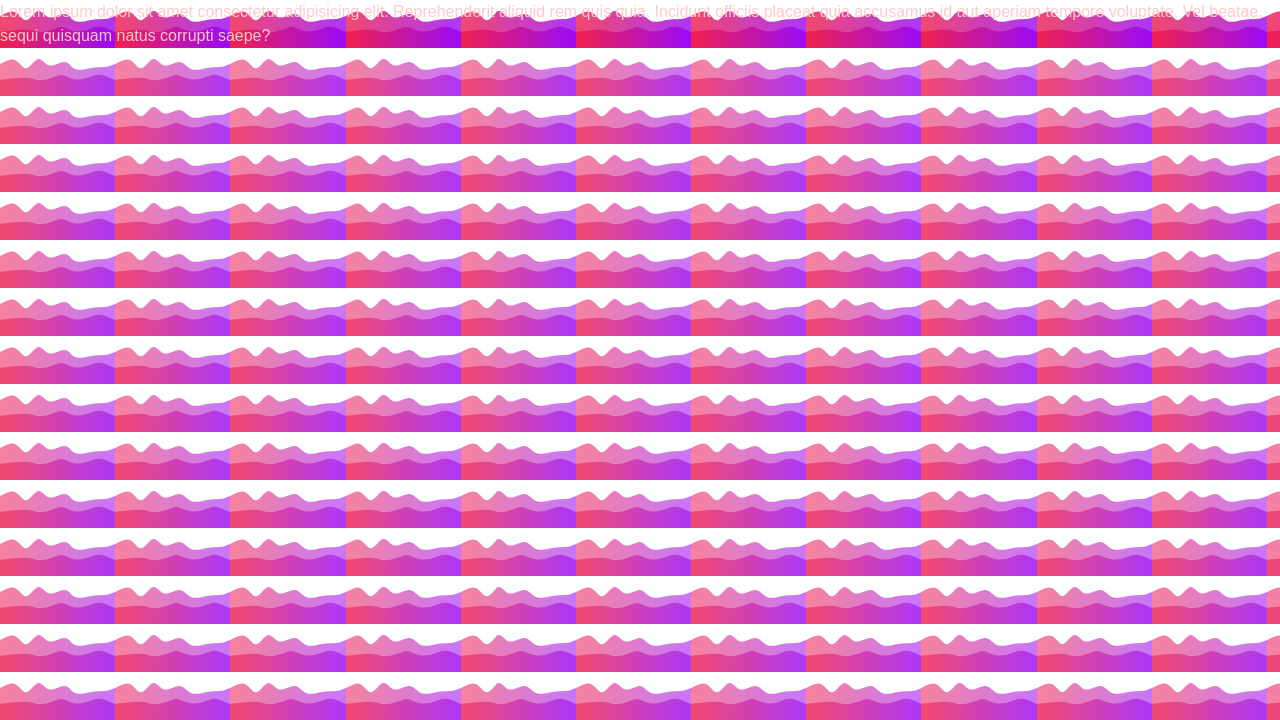
Repository: evergreenx/dictionary-octo
Page: /
The author's editor kept a copy of each file at every save. The page is drawn from the files as they stood at one save, then again after a run of saves.
The browser window is 1280 px wide. The pictures show the whole page.
The project was rebuilt for these pictures with package versions that can differ from the ones it lists, and the page was loaded fresh each time. The framework's server and built-in components were replaced by stand-ins that run in the browser. Also part of the build but not shown: next.config.js.

Above is the page before, as saved 2022-04-30 14:40:38.

### pages/index.js
import Head from "next/head";
import Image from "next/image";
import bgimage from "../public/bg.svg";

export default function Home() {
  return (
    <div >
      <Head>
        <title>Create Next App</title>
        <meta name="description" content="Generated by create next app" />
        <link rel="icon" href="/favicon.ico" />
      </Head>

      <main className="text-red-200">

        Lorem ipsum dolor sit amet consectetur adipisicing elit. Reprehenderit aliquid rem quis quia. Incidunt officiis placeat quia accusamus id aut aperiam tempore voluptate. Vel beatae, sequi quisquam natus corrupti saepe?
      </main>
    </div>
  );
}

### styles/globals.css
@tailwind base;
@tailwind components;
@tailwind utilities;

@import url("https://fonts.googleapis.com/css2?family=Quicksand&display=swap");

html,
body {
  padding: 0;
  margin: 0;
  font-family: "Quicksand", sans-serif;
  background-image: url("../public/bg.svg");
}

a {
  color: inherit;
  text-decoration: none;
}

* {
  box-sizing: border-box;
}

Loaded but not shown: pages/_app.js (common file); tailwind.config.js (common file)

After the next 5 saves:
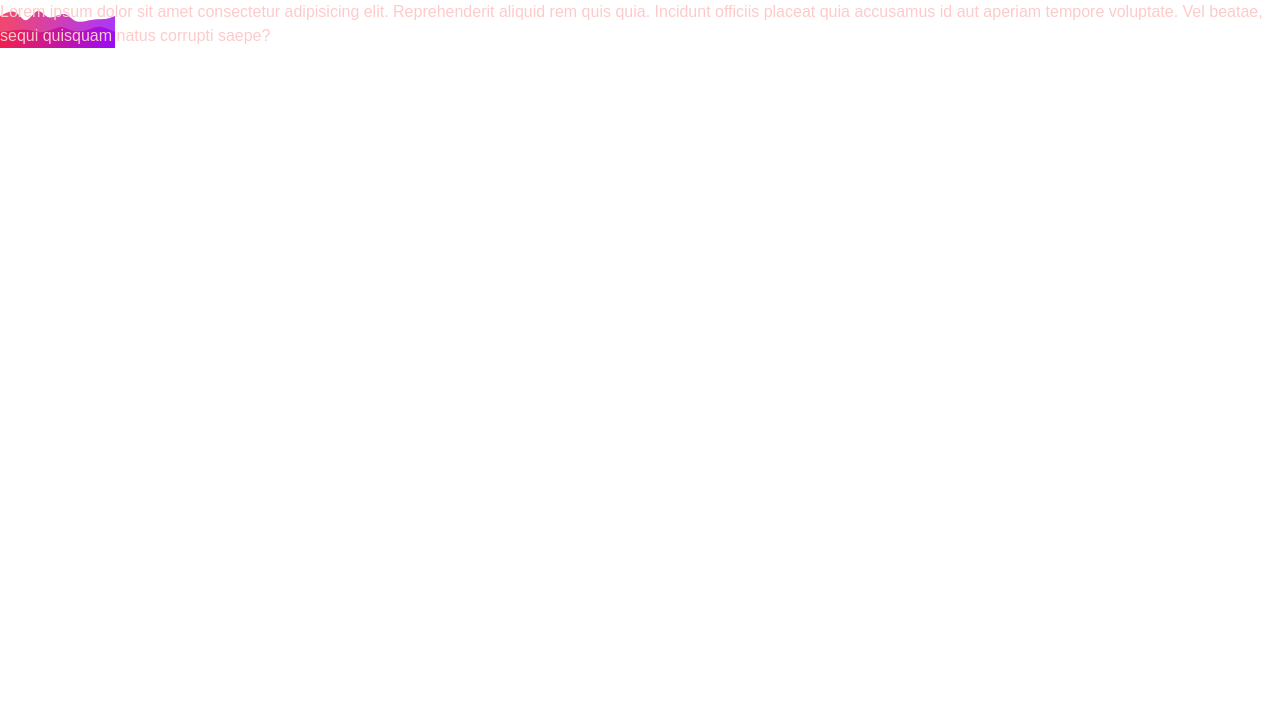
The 5 saves are shown as one change because 1 did not build or start and some came seconds apart.
The last was saved 25 s later.
--- a/styles/globals.css
+++ b/styles/globals.css
@@ -10,6 +10,7 @@ body {
   margin: 0;
   font-family: "Quicksand", sans-serif;
   background-image: url("../public/bg.svg");
+  background-repeat: no-repeat;
 }
 
 a {
